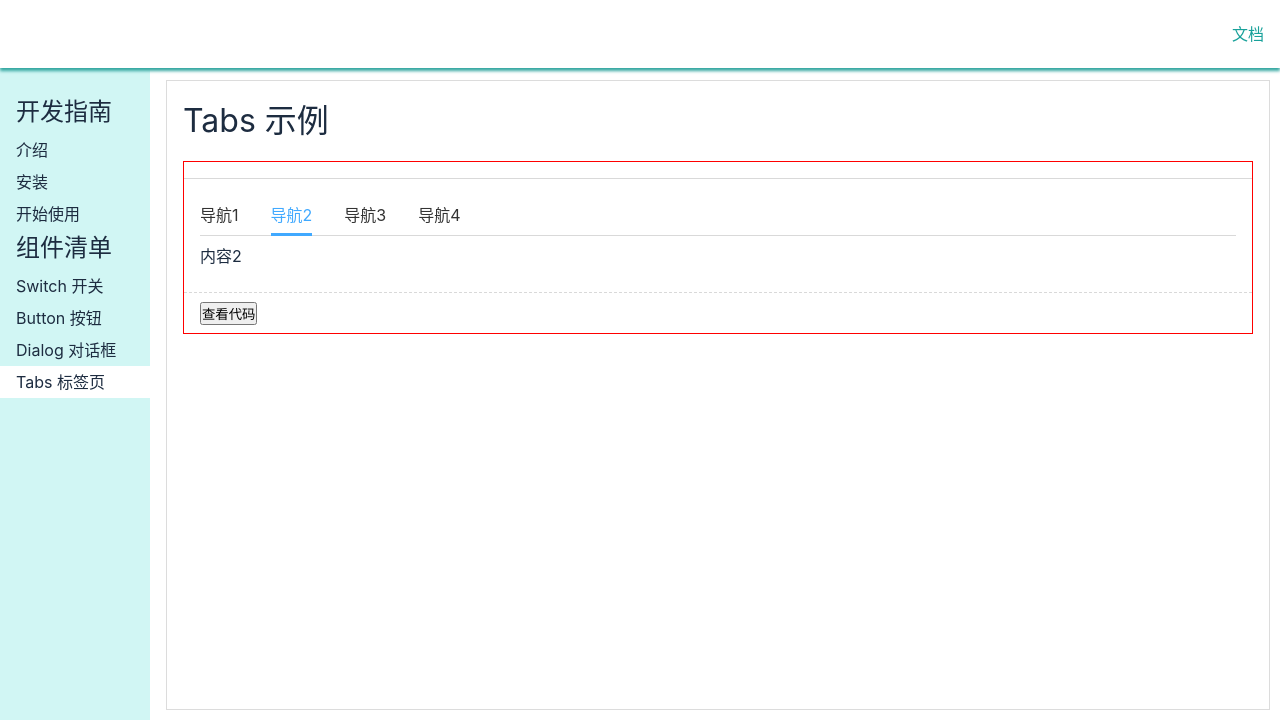
Repository: cnqinglin/vue3-vite-UI
Page: /#/doc/tabs
An editor plug-in stored every save of this project. The page is shown before and after the next save, followed by the edit.
The browser window is 1280 px wide. The pictures show the whole page.
The project was rebuilt for these pictures with package versions that can differ from the ones it lists, and the page was loaded fresh each time. Also part of the build but not shown: vite.config.ts, src/views/Home.vue, src/components/markdown.vue. Imported but missing from the stored project, and not drawn on this page: src/components/ButtonDemo.vue, src/components/DialogDemo.vue, src/components/SwitchDemo.vue.

Above is the page before, as saved 2022-04-20 07:55:36.

After the next save:
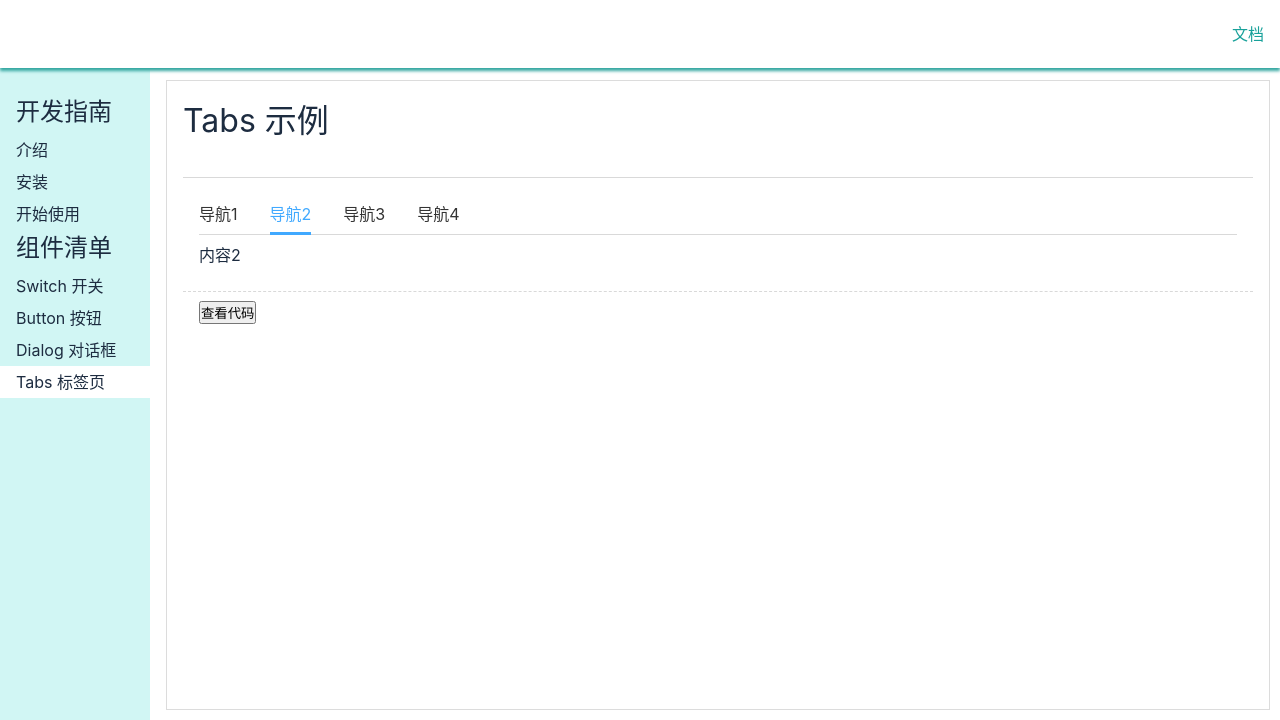
Saved 18 s later.
--- a/src/components/demo.vue
+++ b/src/components/demo.vue
@@ -30,7 +30,7 @@
 <style lang="scss" scoped>
 $border-color: #d9d9d9;
 .demo {
-  border: 1px solid $border-color;
+  // border: 1px solid $border-color;
   border-color: red;
   margin: 16px 0 32px;
   >h2 {

After the save that followed:
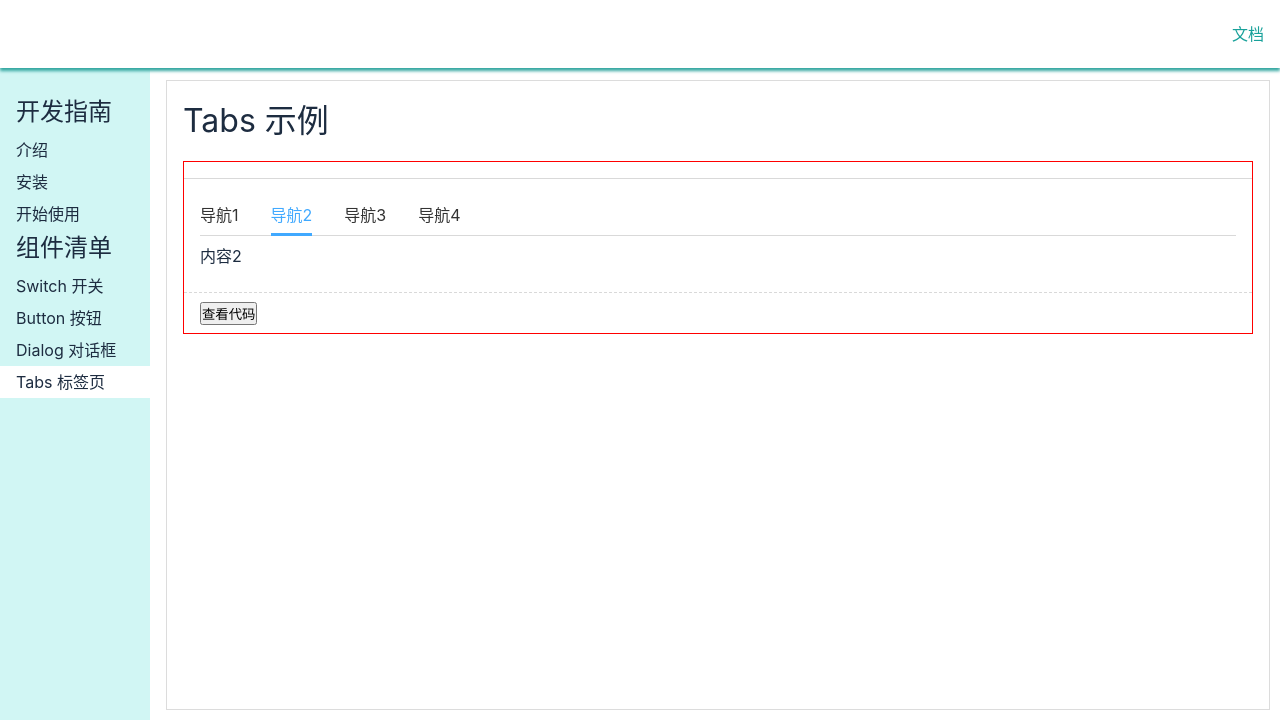
Saved 6 s later.
--- a/src/components/demo.vue
+++ b/src/components/demo.vue
@@ -30,7 +30,7 @@
 <style lang="scss" scoped>
 $border-color: #d9d9d9;
 .demo {
-  // border: 1px solid $border-color;
+  border: 1px solid $border-color;
   border-color: red;
   margin: 16px 0 32px;
   >h2 {
